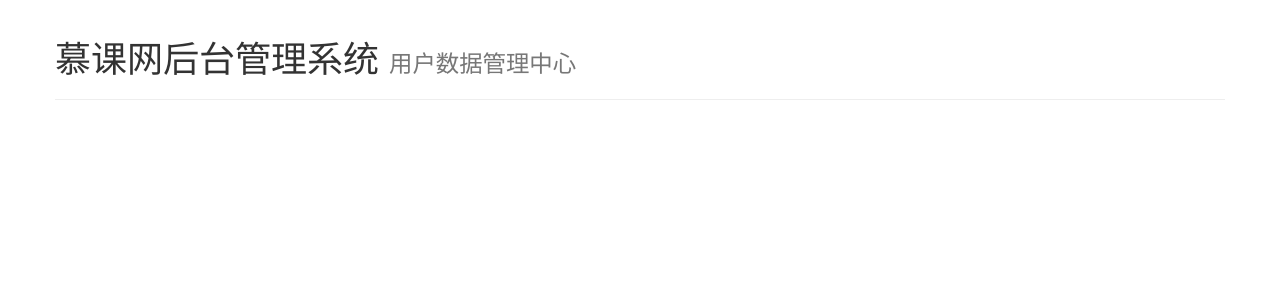
Repository: JetChen07/mybatis
Page: http://localhost/course/
These files come from the project's save history. The page is drawn as it stood at one moment and after the next save; the edit follows.
The browser window is 1280 px wide. The pictures show the whole page.
The page is served by Tomcat 9. Other server files are loaded and not shown.

Above is the page before, as saved 2018-05-21 08:11:55.

### course/src/main/webapp/index.jsp
<%@ page contentType="text/html;charset=UTF-8" language="java" %>
<%@ taglib prefix="c" uri="http://java.sun.com/jsp/jstl/core"%>
<%@ taglib prefix="fmt" uri="http://java.sun.com/jsp/jstl/fmt" %>
<html>
<head>
    <title>学生课表管理中心</title>
    <link rel="stylesheet" href="lib/bootstrap-3.3.7-dist/css/bootstrap.min.css">
    <script src="lib/2.2.4/jquery-1.12.4.min.js"></script>
    <script src="lib/bootstrap-3.3.7-dist/js/bootstrap.min.js"></script>
</head>
<div class="container">
    <div class="row">
        <div class="page-header">
            <h1>慕课网后台管理系统 <small>用户数据管理中心</small></h1>
        </div>
    </div>
</html>

Loaded but not shown: course/src/main/webapp/lib/bootstrap-3.3.7-dist/css/bootstrap.min.css (library); course/src/main/webapp/lib/2.2.4/jquery-1.12.4.min.js (library); course/src/main/webapp/lib/bootstrap-3.3.7-dist/js/bootstrap.min.js (library)

After the next save:
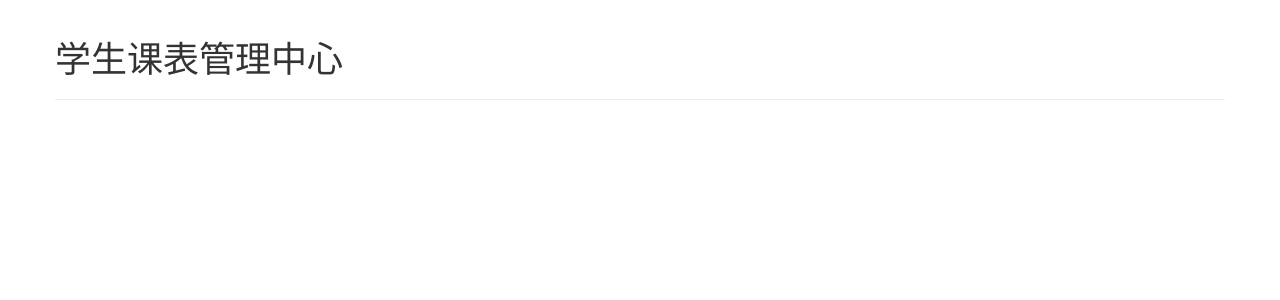
Saved 28 s later.
--- a/course/src/main/webapp/index.jsp
+++ b/course/src/main/webapp/index.jsp
@@ -11,7 +11,8 @@
 <div class="container">
     <div class="row">
         <div class="page-header">
-            <h1>慕课网后台管理系统 <small>用户数据管理中心</small></h1>
+            <h1>学生课表管理中心</h1>
         </div>
     </div>
+</div>
 </html>
